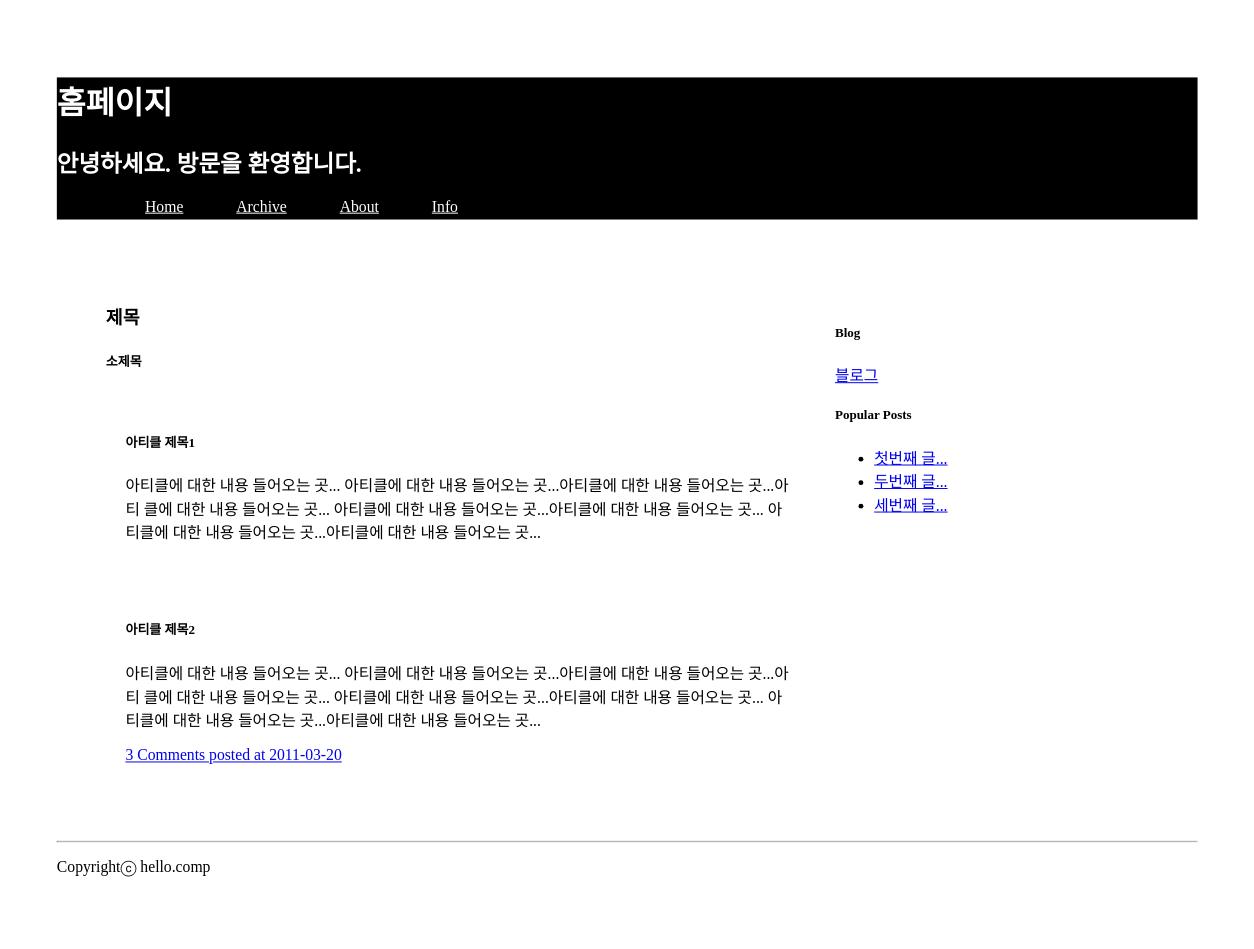
Repository: harin1212/PDA-frontend
Page: 김하린_0728_2/hw2.html
The author's editor kept a copy of each file at every save. The page is drawn from the files as they stood at one save, then again after the next save.
The browser window is 1280 px wide. The pictures show the whole page, at 98% of full size.

Above is the page before, as saved 2023-07-31 10:21:46.

### 김하린_0728_2/hw2.html
<!DOCTYPE html>
<html lang="en">
<head>
    <meta charset="UTF-8">
    <meta name="viewport" content="width=device-width, initial-scale=1.0">
    <link rel="stylesheet" href="style/hw2.css">
    <title>HW2</title>
</head>
<body>
    <div id="wrap">
    <header>
        <h1>홈페이지</h1>
        <h2>안녕하세요. 방문을 환영합니다.</h2>
        <nav>
            <ul>
                <li><a href="#">Home</a></li>
                <li><a href="#">Archive</a></li>
                <li><a href="#">About</a></li>
                <li><a href="#">Info</a></li>
            </ul>
        </nav>
    </header>
<!-- aside먼저 선언하고 section 선언하면 flex할 때 순서 문제 생김. -> 순서 맞춰야함 -->
    <div class="container">
        <section>
            <h3>제목</h3>
            <h5>소제목</h5>
            <article>
                <h5>아티클 제목1</h5>
                <p>아티클에 대한 내용 들어오는 곳...
                    아티클에 대한 내용 들어오는 곳...아티클에 대한 내용 들어오는 곳...아티
                    클에 대한 내용 들어오는 곳...
                    아티클에 대한 내용 들어오는 곳...아티클에 대한 내용 들어오는 곳...
                    아티클에 대한 내용 들어오는 곳...아티클에 대한 내용 들어오는 곳...
                </p>
            </article>
            <article>
                <h5>아티클 제목2</h5>
                <p>아티클에 대한 내용 들어오는 곳...
                    아티클에 대한 내용 들어오는 곳...아티클에 대한 내용 들어오는 곳...아티
                    클에 대한 내용 들어오는 곳...
                    아티클에 대한 내용 들어오는 곳...아티클에 대한 내용 들어오는 곳...
                    아티클에 대한 내용 들어오는 곳...아티클에 대한 내용 들어오는 곳...
                </p>
                <footer>
                    <a href="#">3 Comments <span>posted at 2011-03-20</span></a>
                </footer>
            </article>
        </section>

        <aside>
            <section>
                <h5>Blog</h5>
                <a href="#">블로그</a>
            </section>
            <section>
                <h5>Popular Posts</h5>
                <ul>
                    <li><a href="#">첫번째 글...</a></li>
                    <li><a href="#">두번째 글...</a></li>
                    <li><a href="#">세번째 글...</a></li>
                </ul>
            </section>
        </aside>
    </div>
    <hr>
    <footer>
        <p>Copyrightⓒ hello.comp</p>
    </footer>
    </div>
</body>
</html>

### 김하린_0728_2/style/hw2.css
div.line{
    width: 200px;
    height: 10px;
    background-color: rgb(117, 107, 107);
}

header{
    background-color: rgb(0, 0, 0);
    color: white;
    display: block;
}

header nav ul li a{
    color : white;
    margin-left: 50px;
    float: right;
}

nav ul li{
    display: inline-block;
    list-style: none;
}

div{
    padding: 50px;
}

section article{
    float:left;
}

.container {
    display: flex;
    text-align: left;
}


article {
    flex: 1;
    padding: 20px;
}

aside {
    flex: 0 0 300px;
    padding: 20px;
}

After the next save:
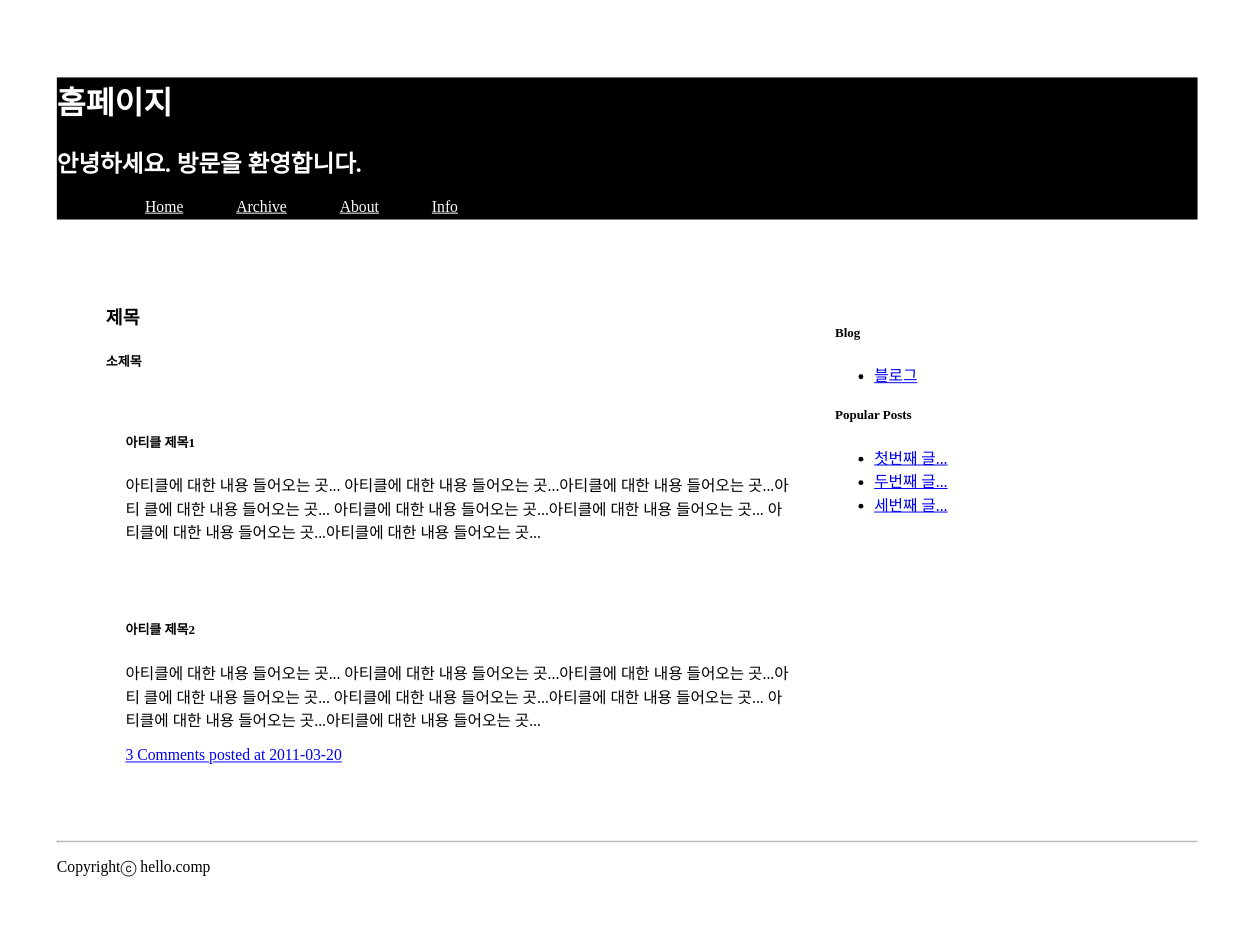
Saved 12 min 24 s later.
--- a/김하린_0728_2/hw2.html
+++ b/김하린_0728_2/hw2.html
@@ -51,7 +51,9 @@
         <aside>
             <section>
                 <h5>Blog</h5>
-                <a href="#">블로그</a>
+                <ul>
+                    <li><a href="#">블로그</a></li>
+                </ul>
             </section>
             <section>
                 <h5>Popular Posts</h5>
